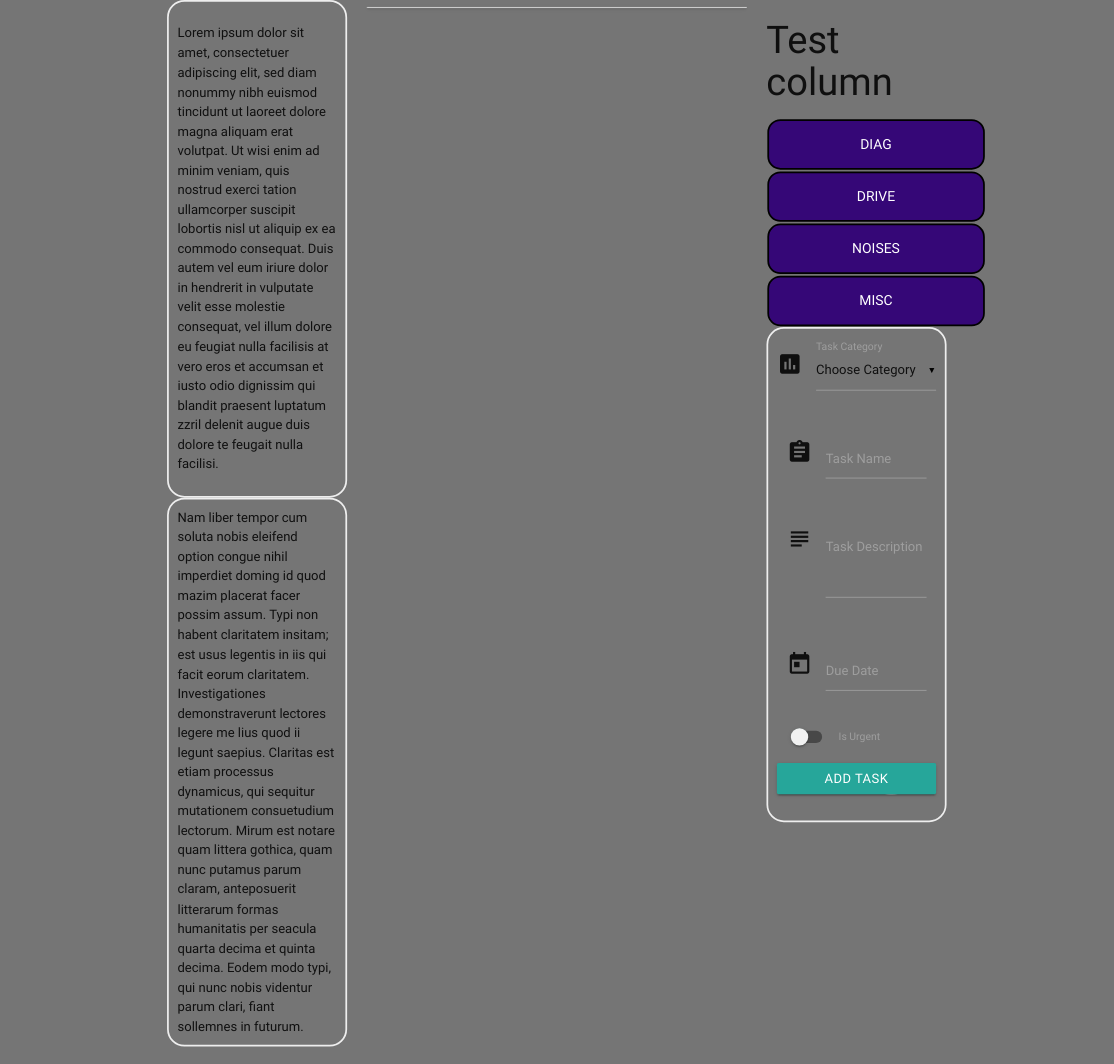
Repository: teetsjeremy/dcProject
Page: http://localhost/
The author's editor kept a record of every edit. The page is drawn from the files as they stood at one moment, then again after the next edit.
The browser window is 1280 px wide. The pictures show the whole page, at 87% of full size.
Some web libraries are served in a nearby version. The page is served by the project's application, run on Flask 3 (app.py). Queries for data that is not in the repository find no rows.

Above is the page before.

After the next edit:
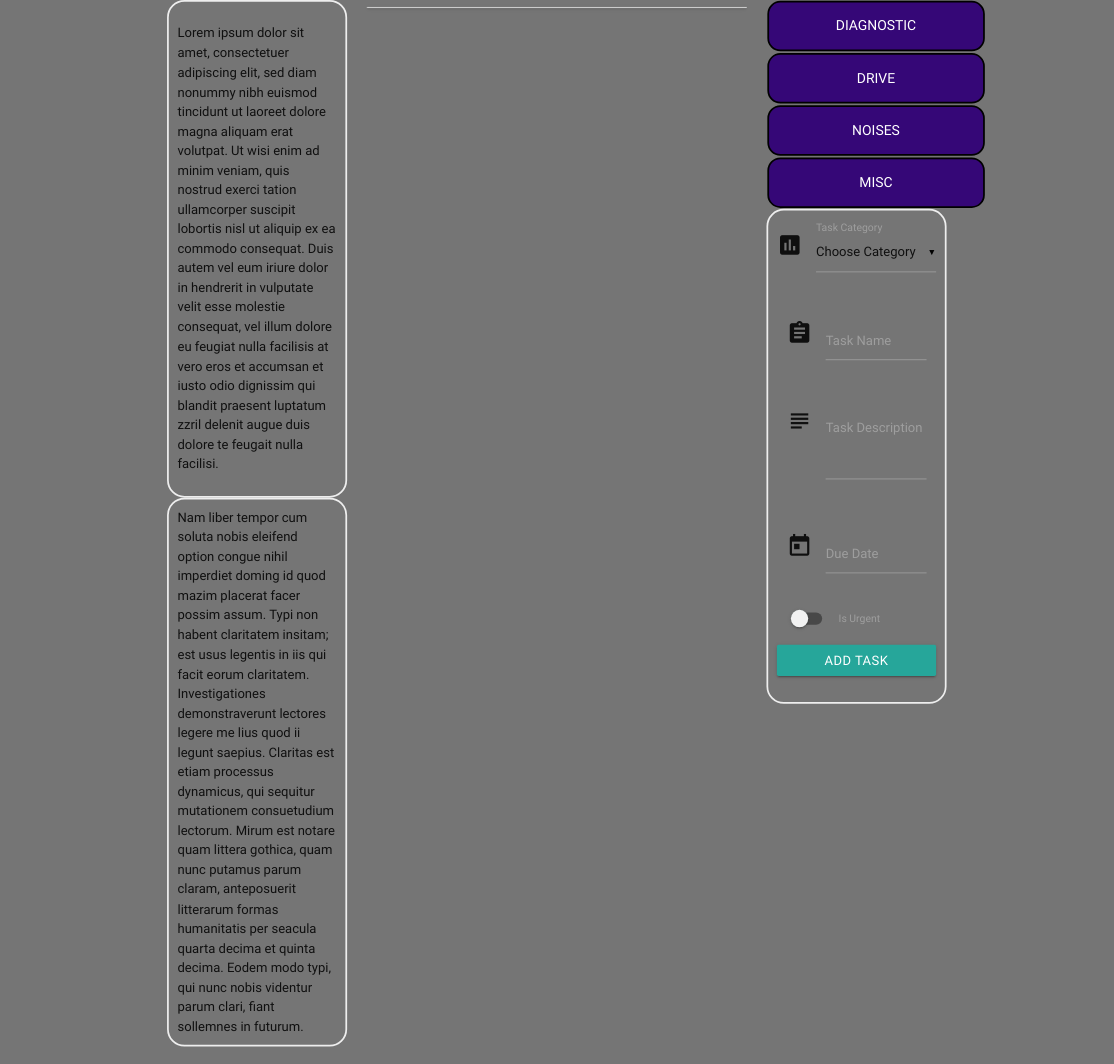
The edit:
--- a/templates/main.html
+++ b/templates/main.html
@@ -58,9 +58,8 @@
         </ul>
     </div>
     <div class="col s3">
-        <h3>Test column</h3>
         <div>
-            <button class="diag">DIAG</button>
+            <button class="diag">DIAGNOSTIC</button>
         </div>
         <div>
             <button class="drive">DRIVE</button>
